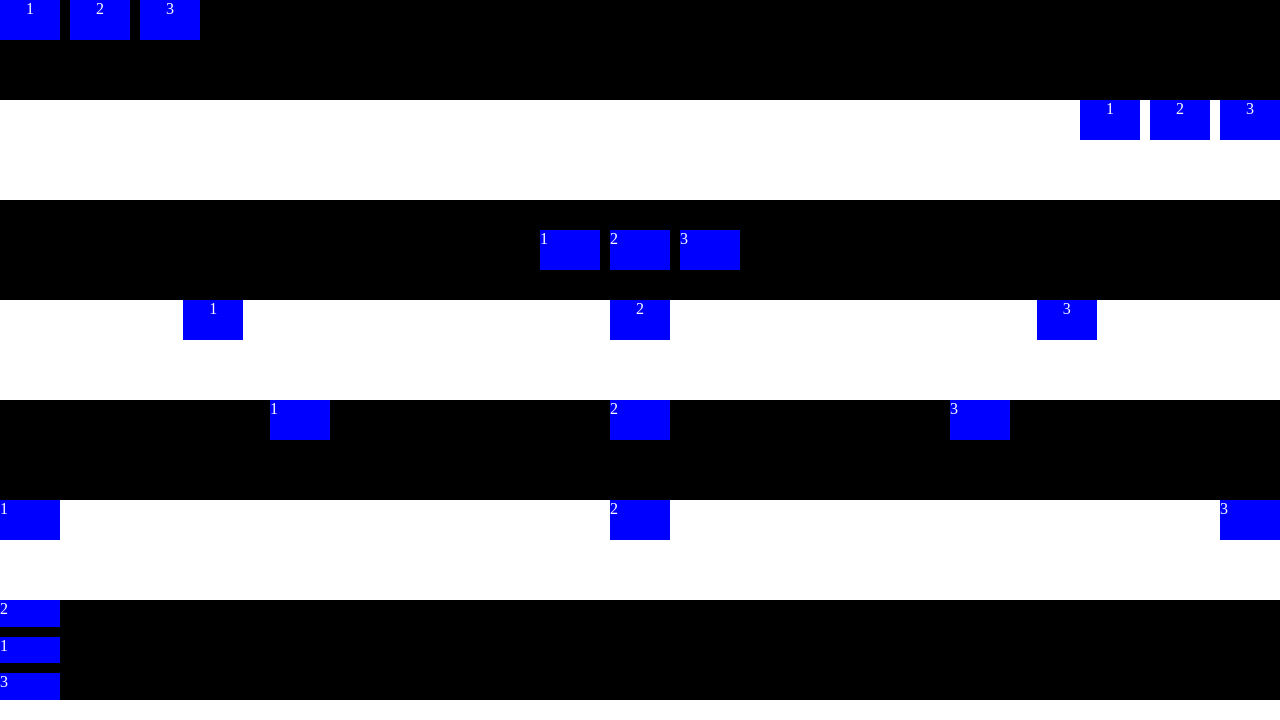
Repository: Elesion08/flexbox
Page: index.html
An editor plug-in stored every save of this project. The page is shown before and after the next save, followed by the edit.
The browser window is 1280 px wide. The pictures show the whole page.

Above is the page before, as saved 2025-04-15 08:44:49.

### index.html
<!DOCTYPE html>
<html lang="pt-br">
<head>
    <meta charset="UTF-8">
    <meta name="viewport" content="width=device-width, initial-scale=1.0">
    <title>Flexbox - AULA 04</title>
    <link rel="stylesheet" href="style.css">
</head>
<body>
    <div class="container">
        <div class="container__card1">
            <div class="box1">1</div>
            <div class="box1">2</div>
            <div class="box1">3</div>
        </div>
        <div class="container__card2">
            <div class="box2">1</div>
            <div class="box2">2</div>
            <div class="box2">3</div>
        </div>
        <div class="container__card3">
            <div class="box3">1</div>
            <div class="box3">2</div>
            <div class="box3">3</div>
        </div>
        <div class="container__card4">
            <div class="box4">1</div>
            <div class="box4">2</div>
            <div class="box4">3</div>
        </div>
        <div class="container__card5">
            <div class="box5">1</div>
            <div class="box5">2</div>
            <div class="box5">3</div>
        </div>
        <div class="container__card6">
            <div class="box6">1</div>
            <div class="box6">2</div>
            <div class="box6">3</div>
        </div>
        <div class="container__card7">
            <div class="box7">2</div>
            <div class="box7">1</div>
            <div class="box7">3</div>
        </div>
    </div>
</body>
</html>

### style.css
/* configuração reset global da pagina */
* {
    margin: 0;
    padding: 0;
    height: 100vh;
    width: 100%;
    box-sizing: border-box;
  }

  .container__card1 {
    /* deixa os itens e suas posições flexiveis */
    display: flex;
    /* cor de fundo */
    background-color: black;
    /* distância entre os elementos filhos */
    gap: 10px;
    /* altura do elemento */
    height: 100px;
  }

  .box1 {
    /*  alinha o texto horizontalmente */
    text-align: center;
    /* cor da fonte */
    color: white;
    /* cor de fundo */
    background-color: blue;
    /* altura */
    height: 40px;
    /* largura */
    width: 60px;
  }

  .container__card2 {
    /* deixa os itens e suas posições flexiveis */
    display: flex;
    /* cor de fundo */
    background-color: white;
    /* altura */
    height: 100px;
    /* alinha os elementos no final da pagina */
    justify-content: flex-end;
    /* distancia entre os elementos filhos */
    gap: 10px;
  }

  .box2 {
    /* deixa os itens e suas posições flexiveis */
    display: flex;
    /* centraliza os elementos horizontalmente */
    justify-content: center;
    /* cor da fonte */
    color: white;
    /* cor de fundo */
    background-color: blue;
    /* largura */
    height: 40px;
    /* altura */
    width: 60px;
  }

  .container__card3 {
    /* alinha os elementos filhos verticalmente */
    align-items: center;
    /* deixa os itens e suas posições flexiveis */
    display: flex;
    /* centraliza os elementos filhos horizontalmente */
    justify-content: center;
    /* cor de fundo */
    background-color: black;
    /* distância entre os elementos filhos */
    gap: 10px;
    /* altura do elemento */
    height: 100px;
  }

  .box3 {
    /* cor da fonte */
    color: white;
    /* cor de fundo */
    background-color: blue;
    /* altura */
    height: 40px;
    /* largura */
    width: 60px;
  }

  .container__card4 {
    /* deixa os itens e suas posições flexiveis */
    display: flex;
    /* espalha os elementos filho horizontalmente */
    justify-content: space-around;
    /* cor de fundo */
    background-color: white;
    /* altura */
    height: 100px;
    /* alinha os elementos no final da pagina */
  }

  .box4 {
    /* deixa os itens e suas posições flexiveis */
    display: flex;
    /* centraliza os elementos horizontalmente */
    justify-content: center;
    /* cor da fonte */
    color: white;
    /* cor de fundo */
    background-color: blue;
    /* largura */
    height: 40px;
    /* altura */
    width: 60px;
  }

  .container__card5 {
    /* deixa os itens e suas posições flexiveis */
    display: flex;
    /* espalha os elementos filho horizontalmente de forma igualitaria */
    justify-content: space-evenly;
    /* centraliza os elementos filhos verticalmente */
    background-color: black;
    /* distância entre os elementos filhos */
    gap: 10px;
    /* altura do elemento */
    height: 100px;
  }

  .box5 {
    /* cor da fonte */
    color: white;
    /* cor de fundo */
    background-color: blue;
    /* altura */
    height: 40px;
    /* largura */
    width: 60px;
  }

  .container__card6 {
      /* deixa os itens e suas posições flexiveis */
      display: flex;
      /* espalha os elementos filho horizontalmente */
      justify-content: space-between;
      /* cor de fundo */
      background-color: white;
      /* altura */
      height: 100px;
      /* alinha os elementos no final da pagina */
    }

    .box6 {
      color: white;
      /* cor de fundo */
      background-color: blue;
      /* largura */
      height: 40px;
      /* altura */
      width: 60px;
    }

    .container__card7 {
        /* deixa os itens e suas posições flexiveis */
        display: flex;
        flex-direction: column;
        /* centraliza os elementos filhos verticalmente */
        background-color: black;
        /* distância entre os elementos filhos */
        gap: 10px;
        /* altura do elemento */
        height: 100px;
      }

      .box7 {
        /* cor da fonte */
        color: white;
        /* cor de fundo */
        background-color: blue;
        /* altura */
        height: 40px;
        /* largura */
        width: 60px;
      }

After the next save:
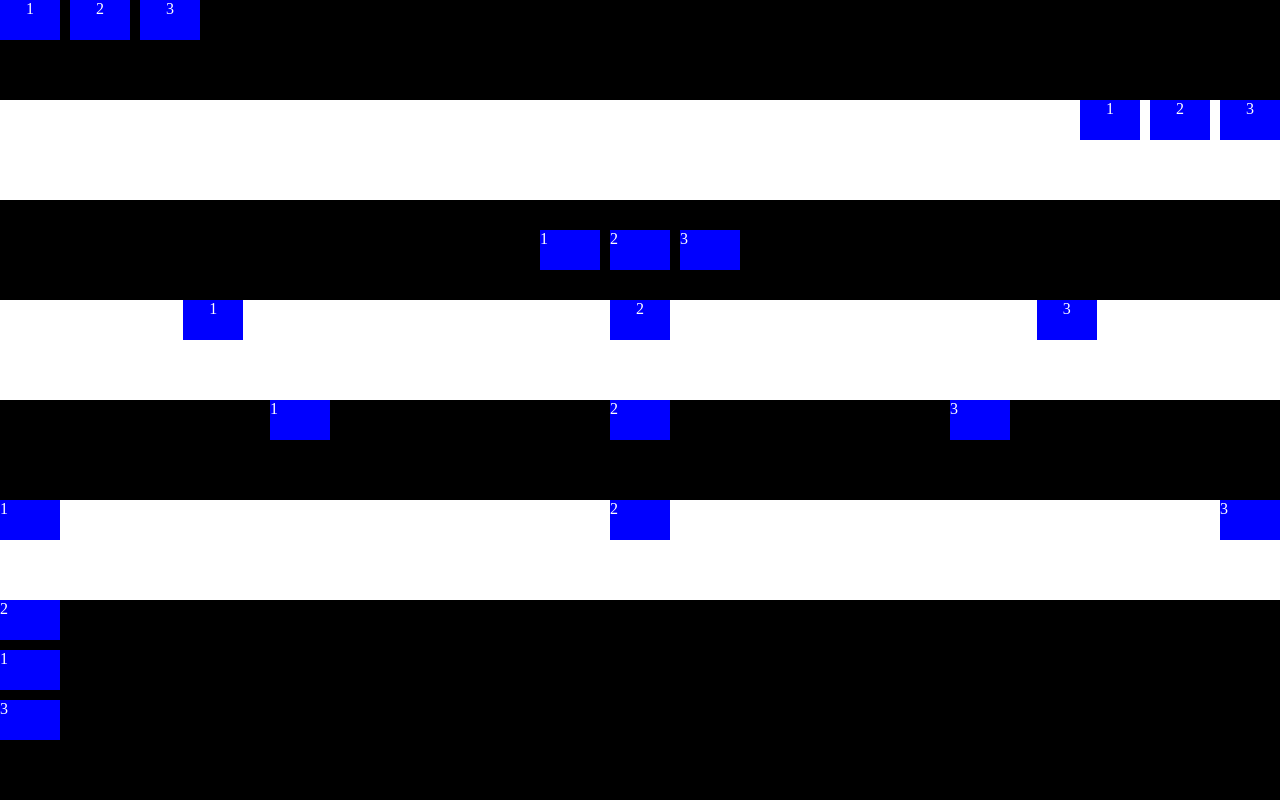
Saved 24 s later.
--- a/style.css
+++ b/style.css
@@ -167,7 +167,7 @@
         /* distância entre os elementos filhos */
         gap: 10px;
         /* altura do elemento */
-        height: 100px;
+        height: 200px;
       }
 
       .box7 {
